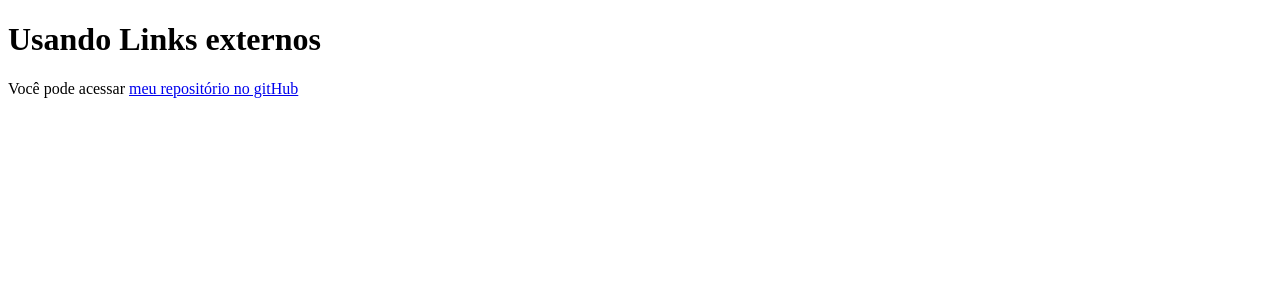
Repository: pheonix5/Estudo
Page: html-css/exercicios/ex010/index.html
These files come from the project's save history. The page is drawn as it stood at one moment and after the next save; the edit follows.
The browser window is 1280 px wide. The pictures show the whole page.

Above is the page before, as saved 2023-08-01 22:54:55.

After the next save:
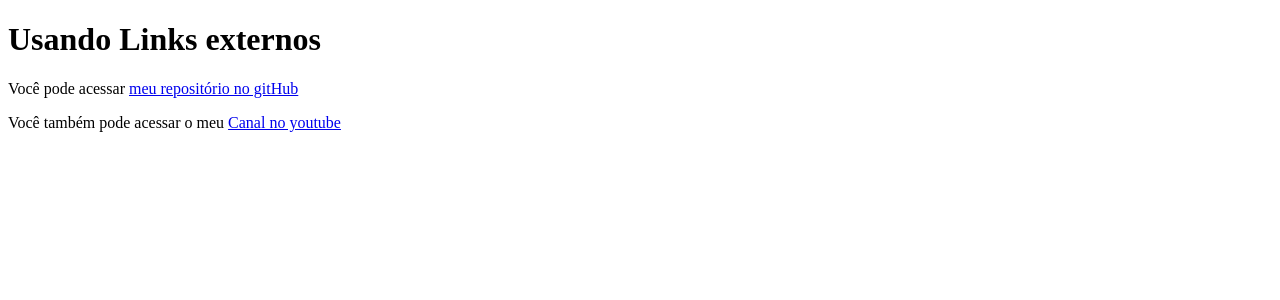
Saved 111 s later.
--- a/html-css/exercicios/ex010/index.html
+++ b/html-css/exercicios/ex010/index.html
@@ -8,5 +8,7 @@
 <body>
   <h1>Usando Links externos</h1>
   <p>Você pode acessar <a href="https://github.com/pheonix5">meu repositório no gitHub</a></p>
+
+  <p>Você também pode acessar o meu <a href="www.youtube.com/cursoemvideo">Canal no youtube</a></p>
 </body>
 </html>
